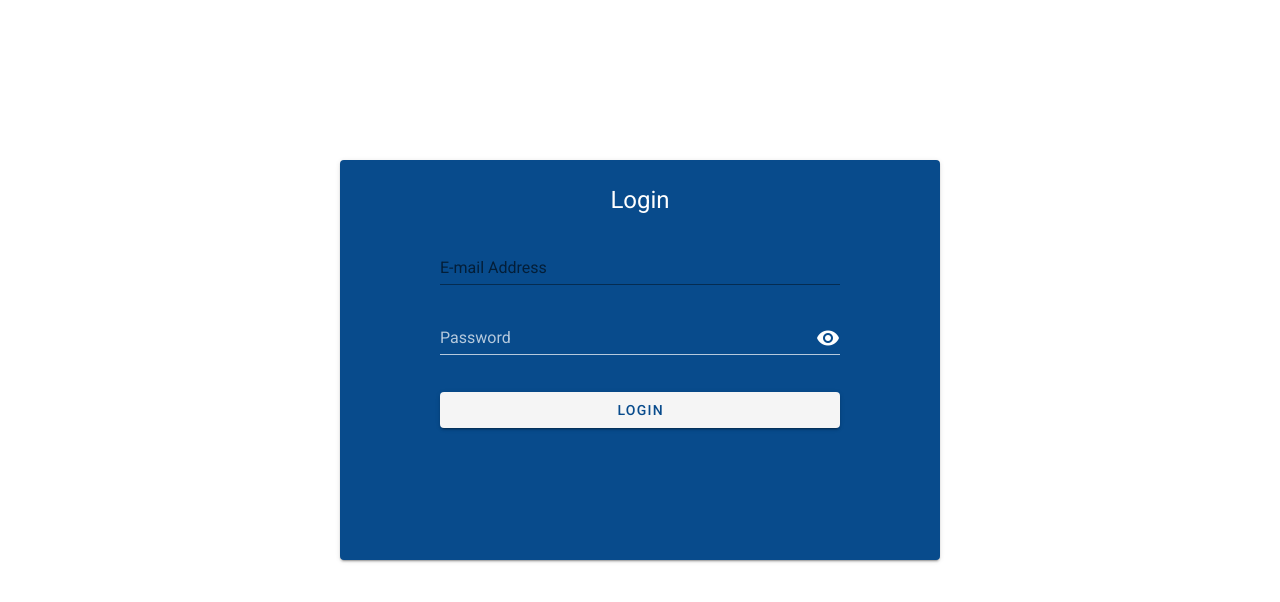
Repository: Grace229/Login
Page: /
The author's editor kept a copy of each file at every save. The page is drawn from the files as they stood at one save, then again after the next save.
The browser window is 1280 px wide. The pictures show the whole page.
The project was rebuilt for these pictures with package versions that can differ from the ones it lists, and the page was loaded fresh each time. Also part of the build but not shown: vue.config.js. Imported but missing from the stored project, and not drawn on this page: src/views/About.vue.

Above is the page before, as saved 2021-02-15 17:05:45.

### src/App.vue
<template>
  <v-app>
    <v-main><router-view></router-view> </v-main>
  </v-app>
</template>

<script>
export default {
  name: "App",

  components: {},

  data: () => ({
    //
  }),
};
</script>

### src/plugins/vuetify.js
import Vue from "vue";
import Vuetify from "vuetify/lib/framework";

Vue.use(Vuetify);

export default new Vuetify({
  theme: {
    options: {
      customProperties: true,
    },
    themes: {
      light: {
        primary: "#084b8c",
        secondary: "#424242",
        accent: "#82B1FF",
        error: "#FF5252",
        info: "#2196F3",
        success: "#4CAF50",
        warning: "#FFC107",
      },
    },
  },
});

### src/views/Home.vue
<template>
  <main
    style="min-height:100vh"
    class="fill-height white--text d-flex flex-column justify-center pa-4"
  >
    <v-container>
      <v-card class="mx-auto primary" max-width="600" height="400">
        <header>
          <div class="headline text-center pt-6 white--text">
            Login
          </div>
        </header>
        <div
          class="pt-5 mx-auto primary primary--text"
          style="max-width: 400px;"
        >
          <form v-on:submit.prevent="login()">
            <div>
              <v-text-field
                label="E-mail Address"
                v-model="email"
                :rules="[rules.required, rules.email]"
              />
            </div>
            <div>
              <v-text-field
                dark
                v-model="password"
                :rules="[rules.required]"
                label="Password"
                :type="showPassword ? 'text' : 'password'"
                text
                small
                @click:append="showPassword = !showPassword"
                class="transparent text-capitalize"
                :append-icon="showPassword ? 'mdi-eye-off' : 'mdi-eye'"
              >
              </v-text-field>
              <div class="pt-4">
                <v-btn block class="primary--text" type="submit">Login</v-btn>
              </div>
            </div>
          </form>
        </div>
      </v-card>
    </v-container>
  </main>
</template>

<script>
import axios from "axios";
import router from "../router";
export default {
  data() {
    return {
      email: "",
      password: "",
      FORM: {},
      showPassword: false,
      rules: {
        required: (value) => !!value || "Required.",
        counter: (value) => value.length <= 20 || "Max 20 characters",
        email: (value) => {
          const pattern = /^(([^<>()[\]\\.,;:\s@"]+(\.[^<>()[\]\\.,;:\s@"]+)*)|(".+"))@((\[[0-9]{1,3}\.[0-9]{1,3}\.[0-9]{1,3}\.[0-9]{1,3}])|(([a-zA-Z\-0-9]+\.)+[a-zA-Z]{2,}))$/;
          return pattern.test(value) || "Invalid e-mail.";
        },
      },
    };
  },
  methods: {
    login() {
      axios
        .post("https://login-api-grace.herokuapp.com/api/v1/auth/login", {
          email: this.email,
          password: this.password,
        })
        .then(() => {
          router.push({ name: "Profile" });
        })
        .catch((err) => {
          console.log(err);
        });
    },
  },
};
</script>

Loaded but not shown: public/index.html (common file); src/main.js (common file); src/router/index.js (common file); src/store/index.js (common file)

After the next save:
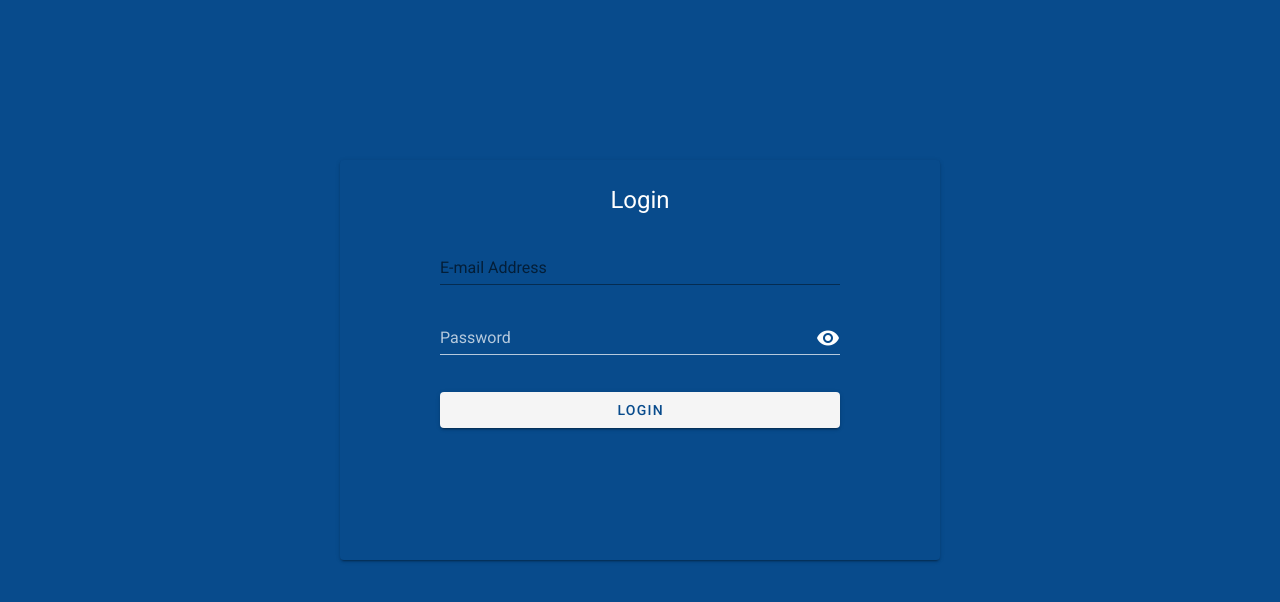
Saved 49 s later.
--- a/src/views/Home.vue
+++ b/src/views/Home.vue
@@ -1,7 +1,7 @@
 <template>
   <main
     style="min-height:100vh"
-    class="fill-height white--text d-flex flex-column justify-center pa-4"
+    class="fill-height primary white--text d-flex flex-column justify-center pa-4"
   >
     <v-container>
       <v-card class="mx-auto primary" max-width="600" height="400">
